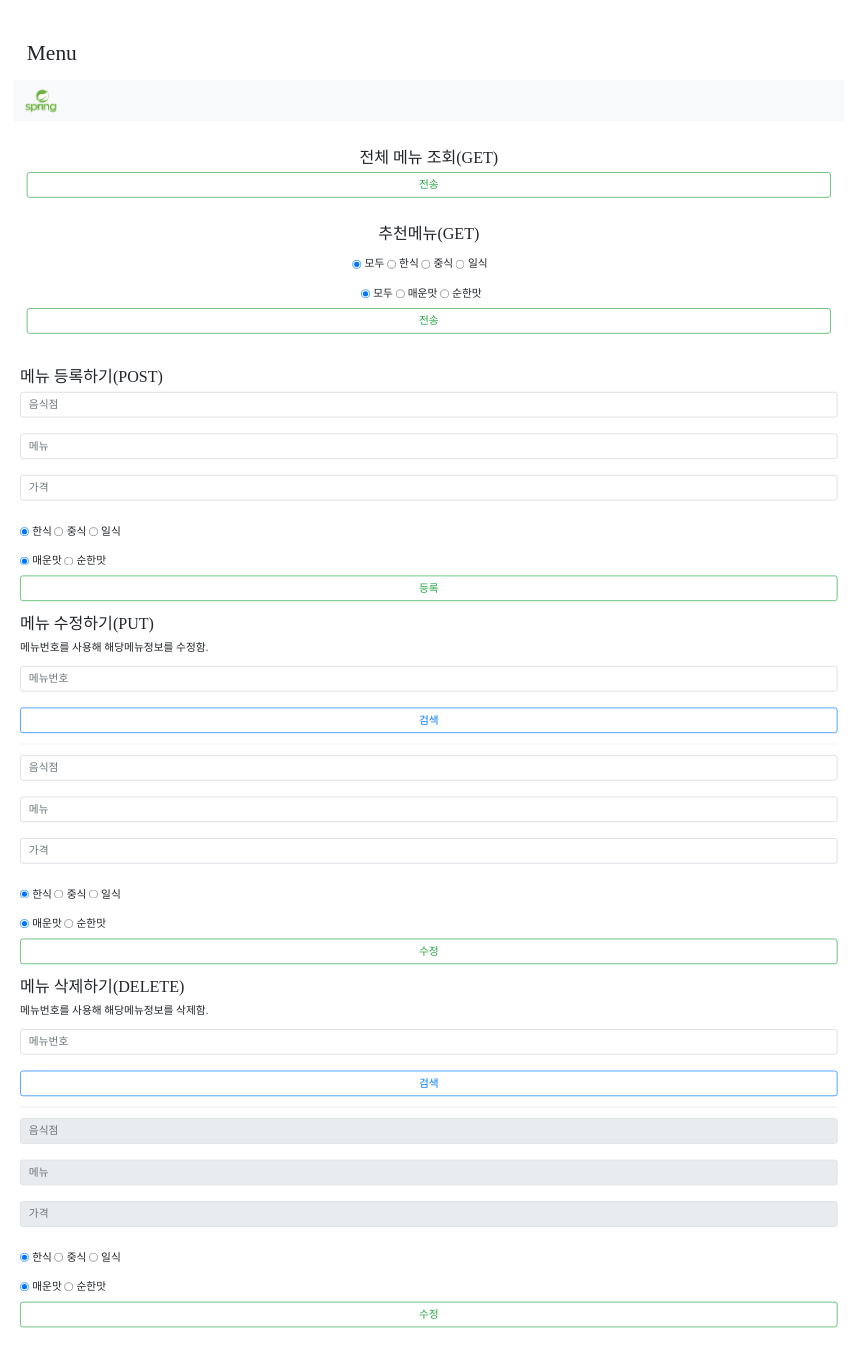
Repository: Push-Pull-House/DOT
Page: http://localhost/DOT/
An editor plug-in stored every save of this project. The page is shown before and after the next save, followed by the edit.
The browser window is 1280 px wide. The pictures show the whole page, at 67% of full size.
The page is served by Tomcat 9. Other server files are loaded and not shown.

Above is the page before, as saved 2023-08-18 05:26:53.

### DOT/src/main/webapp/index.jsp
<%@ page language="java" contentType="text/html; charset=UTF-8"
    pageEncoding="UTF-8"%>
<%@ taglib prefix="c" uri="http://java.sun.com/jsp/jstl/core"%>
<%@ taglib prefix="fmt" uri="http://java.sun.com/jsp/jstl/fmt"%>
<%@ taglib prefix="fn" uri="http://java.sun.com/jsp/jstl/functions"%>
<c:set var="contextPath" value="${pageContext.request.contextPath }"/>
<!DOCTYPE html>
<html>
<head>
<meta charset="UTF-8">
<title>Insert title here</title>
<script src="http://code.jquery.com/jquery-latest.min.js"></script>
<!-- bootstrap js: jquery load 이후에 작성할것.-->
<script src="https://cdnjs.cloudflare.com/ajax/libs/popper.js/1.14.3/umd/popper.min.js" integrity="sha384-ZMP7rVo3mIykV+2+9J3UJ46jBk0WLaUAdn689aCwoqbBJiSnjAK/l8WvCWPIPm49" crossorigin="anonymous"></script>
<script src="https://stackpath.bootstrapcdn.com/bootstrap/4.1.3/js/bootstrap.min.js" integrity="sha384-ChfqqxuZUCnJSK3+MXmPNIyE6ZbWh2IMqE241rYiqJxyMiZ6OW/JmZQ5stwEULTy" crossorigin="anonymous"></script>
<!-- bootstrap css -->
<link rel="stylesheet" href="https://stackpath.bootstrapcdn.com/bootstrap/4.1.0/css/bootstrap.min.css" integrity="sha384-9gVQ4dYFwwWSjIDZnLEWnxCjeSWFphJiwGPXr1jddIhOegiu1FwO5qRGvFXOdJZ4" crossorigin="anonymous">
<link rel="stylesheet" href="${pageContext.request.contextPath}/resources/css/style.css"/>
</head>
<body>
<div id="container">
	<header>
		<div id="header-container">
			<h2>Menu</h2>
		</div>
		<nav class="navbar navbar-expand-lg navbar-light bg-light">
			<a class="navbar-brand" href="#">
	            <img src="${pageContext.request.contextPath }/resources/images/logo-spring.png" alt="스프링로고" width="50px" />
         	</a>
           	<!-- 반응형으로 width 줄어들경우, collapse버튼관련 -->
         	<button class="navbar-toggler" type="button" data-toggle="collapse" data-target="#navbarNav" aria-controls="navbarNav" aria-expanded="false" aria-label="Toggle navigation">
           		<span class="navbar-toggler-icon"></span>
           	</button>
         	<div class="collapse navbar-collapse" id="navbarNav">
          	</div>
		</nav>
	</header>
	<!-- 전체메뉴 조회 -->
	<section id="content">
		<div id="menu-container" class="text-center">
			<div class="menu-test">
				<h4>전체 메뉴 조회(GET)</h4>
				<input type="button" class="btn btn-block btn-outline-success btn-send" id="btn-menus" value="전송"/>
			</div>
			<div class="result" id="menus-result">

			</div>
			 <!-- 2. GET /menus/kr  /menus/ch  /menus/jp -->
	         <div class="menu-test">
	            <h4>추천메뉴(GET)</h4>
	            <form id="menuRecommendationFrm">
	               <div class="form-check form-check-inline">
	                  <input type="radio" class="form-check-input" name="type" id="get-no-type" value="all" checked>
	                  <label for="get-no-type" class="form-check-label">모두</label>&nbsp;
	                  <input type="radio" class="form-check-input" name="type" id="get-kr" value="kr">
	                  <label for="get-kr" class="form-check-label">한식</label>&nbsp;
	                  <input type="radio" class="form-check-input" name="type" id="get-ch" value="ch">
	                  <label for="get-ch" class="form-check-label">중식</label>&nbsp;
	                  <input type="radio" class="form-check-input" name="type" id="get-jp" value="jp">
	                  <label for="get-jp" class="form-check-label">일식</label>&nbsp;
	               </div>
			        <script>
						function displayResultTable(id, data){
							const container = $('#'+id);

							let html = "<table class='table'>";
								html += "<tr><th>번호</th><th>음식점</th><th>메뉴</th><th>가격</th><th>타입</th><th>맛</th></tr>";

							if(data.length > 0) {
								$(data).each( (index, menu) => {
									const {id , restaurant, name, price, type, taste} = menu;
									html += `<tr>
												<td>\${id}</td>
												<td>\${restaurant}</td>
												<td>\${name}</td>
												<td>\${price}</td>
												<td>\${type}</td>
												<td><span class="badge badge-\${taste == 'hot' ? 'danger' : 'warning'}">\${taste}</span></td>
											</tr>`;
								})
							} else {
								html += "<tr><td colspan='6'>겁색된 결과가 없습니다</td></tr>";
							}

							html += "</table>";
							container.html(html);
						}

						$("#btn-menus").click(()=>{
							$.ajax({
								url : "${contextPath}/menus",
								method : "GET",
								success : (data) => {
									displayResultTable( "menus-result", data );
								}
							})
						})
					</script>
	               <br />
	               <div class="form-check form-check-inline">
	                  <input type="radio" class="form-check-input" name="taste" id="get-no-taste" value="all" checked>
	                  <label for="get-no-taste" class="form-check-label">모두</label>&nbsp;
	                  <input type="radio" class="form-check-input" name="taste" id="get-hot" value="hot">
	                  <label for="get-hot" class="form-check-label">매운맛</label>&nbsp;
	                  <input type="radio" class="form-check-input" name="taste" id="get-mild" value="mild">
	                  <label for="get-mild" class="form-check-label">순한맛</label>
	               </div>
	               <br />
	               <input type="submit" class="btn btn-block btn-outline-success btn-send" value="전송" >
	            </form>
	         </div>
	         <div class="result" id="menuRecommendation-result"></div>
			 <script>
			 	$("#menuRecommendationFrm").submit( e => {
			 		// 폼 제출 기능 방지
			 		e.preventDefault();

			 		const frm = $(e.target);
			 		const type = frm.find("[name=type]:checked").val();
			 		const taste = frm.find("[name=taste]:checked").val();

			 		$.ajax({
			 			url : `${contextPath}/menus/\${type}/\${taste}`,
			 			success(data){
			 				displayResultTable("menuRecommendation-result",data);
			 			}
			 		})
			 	});
			 </script>
		</div>
		<!-- 2.POST /menu -->
         <div class="menu-test">
            <h4>메뉴 등록하기(POST)</h4>
            <form id="menuEnrollFrm">
               <input type="text" name="restaurant" placeholder="음식점" class="form-control" />
               <br />
               <input type="text" name="name" placeholder="메뉴" class="form-control" />
               <br />
               <input type="number" name="price" placeholder="가격" class="form-control" />
               <br />
               <div class="form-check form-check-inline">
                  <input type="radio" class="form-check-input" name="type" id="post-kr" value="kr" checked>
                  <label for="post-kr" class="form-check-label">한식</label>&nbsp;
                  <input type="radio" class="form-check-input" name="type" id="post-ch" value="ch">
                  <label for="post-ch" class="form-check-label">중식</label>&nbsp;
                  <input type="radio" class="form-check-input" name="type" id="post-jp" value="jp">
                  <label for="post-jp" class="form-check-label">일식</label>&nbsp;
               </div>
               <br />
               <div class="form-check form-check-inline">
                  <input type="radio" class="form-check-input" name="taste" id="post-hot" value="hot" checked>
                  <label for="post-hot" class="form-check-label">매운맛</label>&nbsp;
                  <input type="radio" class="form-check-input" name="taste" id="post-mild" value="mild">
                  <label for="post-mild" class="form-check-label">순한맛</label>
               </div>
               <br />
               <input type="submit" class="btn btn-block btn-outline-success btn-send" value="등록" >
            </form>
         </div>
         <script>
	         $("#menuEnrollFrm").submit( e => {
			 		e.preventDefault();
					const frm = $(e.target);
					const restaurant = frm.find("[name=restaurant]").val();
					const name = frm.find("[name=name]").val();
					const price = frm.find("[name=price]").val();
					const type = frm.find("[name=type]").val();
					const taste = frm.find("[name=taste]").val();

					const menu = {
							restaurant,
							name,
							price,
							type,
							taste
					};

			 		$.ajax({
			 			url : '${contextPath}/menu',
			 			data : JSON.stringify(menu),
			 			contentType : "application/Json; charset=UTF-8",
			 			method : "post",
			 			success(data){
							const {msg} = data;
							alert(msg);
			 			},
			 			error : console.log ,
			 			complete(){
			 				e.target.reset(); // 폼내부의 모든 인풋태그 초기화
			 			}
			 		})
			 	});
         </script>

         <!-- #3.PUT /menu/123 -->
         <div class="menu-test">
            <h4>메뉴 수정하기(PUT)</h4>
            <p>메뉴번호를 사용해 해당메뉴정보를 수정함.</p>
            <form id="menuSearchFrm">
               <input type="text" name="id" placeholder="메뉴번호" class="form-control" /><br />
               <input type="submit" class="btn btn-block btn-outline-primary btn-send" value="검색" >
            </form>
            <hr />
            <form id="menuUpdateFrm">
               <input type="hidden" name="id" />
               <input type="text" name="restaurant" placeholder="음식점" class="form-control" />
               <br />
               <input type="text" name="name" placeholder="메뉴" class="form-control" />
               <br />
               <input type="number" name="price" placeholder="가격" step="1000" class="form-control" />
               <br />
               <div class="form-check form-check-inline">
                  <input type="radio" class="form-check-input" name="type" id="put-kr" value="kr" checked>
                  <label for="put-kr" class="form-check-label">한식</label>&nbsp;
                  <input type="radio" class="form-check-input" name="type" id="put-ch" value="ch">
                  <label for="put-ch" class="form-check-label">중식</label>&nbsp;
                  <input type="radio" class="form-check-input" name="type" id="put-jp" value="jp">
                  <label for="put-jp" class="form-check-label">일식</label>&nbsp;
               </div>
               <br />
               <div class="form-check form-check-inline">
                  <input type="radio" class="form-check-input" name="taste" id="put-hot" value="hot" checked>
                  <label for="put-hot" class="form-check-label">매운맛</label>&nbsp;
                  <input type="radio" class="form-check-input" name="taste" id="put-mild" value="mild">
                  <label for="put-mild" class="form-check-label">순한맛</label>
               </div>
               <br />
               <input type="submit" class="btn btn-block btn-outline-success btn-send" value="수정" >
            </form>
         </div>
         <script>
	    	  $("#menuSearchFrm").submit( e => {
					e.preventDefault();
					//const id = $(e.target).find("[name=id]").val();
					const id = $("[name=id]",e.target).val(); // e.target 하위의 요소
					if(!id){
						return;
					}else{
						$.ajax({
							url:`${contextPath}/menu/\${id}`,
							method:"GET",
							success(data){
								if(data){
									const frm = $("#menuUpdateFrm");
									const {id, restaurant, name, price, type, taste} = data;
									frm.find("[name=id]").val(id);
									frm.find("[name=restaurant]").val(restaurant);
									frm.find("[name=name]").val(name);
									frm.find("[name=price]").val(price);
									frm.find(`[name=type][value=\${type}]`).prop("checked",true);
									frm.find(`[name=taste][value=\${taste}]`).prop("checked",true);
								}else{
									alert("해당 메뉴가 존재하지 않습니다.");
									$("[name=id]",e.target).select();
								}
							},
							error(xhr, statusText, err){
								const {status} = xhr;
								status == 404 && alert("해당메뉴가 존재하지 않습니다.");
								$("[name=id]",e.target).select();
							}
						})
					}
			  }); // 검색

			  $("#menuUpdateFrm").submit( e=>{
				 e.preventDefault();
				 const frm = $(e.target);

				 // formData활용해서 객체 만들기
				 const frmData = new FormData(e.target);
				 const menu = {};

				 frmData.forEach((value,key) => {
					menu[key] = value;
				 });

				 $.ajax({
					 url : `${contextPath}/menu/\${menu.id}`,
					 method : "PUT",
					 data : JSON.stringify(menu),
					 contentType : "application/Json; charset=UTF-8",
					 success(data){
						 console.log(data);
						 const {msg} = data;
						 alert(msg);
					 },
					 error : console.log,
					 complete() {
						$("#menuUpdateFrm")[0].reset();
						$("#menuSearchFrm")[0].reset();
					 }
				 });
			  });
         </script>
         <!-- #4.Delete /menu/123 -->
         <div class="menu-test">
            <h4>메뉴 삭제하기(DELETE)</h4>
            <p>메뉴번호를 사용해 해당메뉴정보를 삭제함.</p>
            <form id="menuSearchFrm2">
               <input type="text" name="id" placeholder="메뉴번호" class="form-control" /><br />
               <input type="submit" class="btn btn-block btn-outline-primary btn-send" value="검색" >
            </form>
            <hr />
            <form id="menuDeleteFrm">
               <input type="hidden" name="id" />
               <input type="text" name="restaurant" placeholder="음식점" class="form-control" readonly/>
               <br />
               <input type="text" name="name" placeholder="메뉴" class="form-control" readonly/>
               <br />
               <input type="number" name="price" placeholder="가격" step="1000" class="form-control" readonly/>
               <br />
               <div class="form-check form-check-inline" readonly>
                  <input type="radio" class="form-check-input" name="type" id="put-kr" value="kr" checked>
                  <label for="put-kr" class="form-check-label">한식</label>&nbsp;
                  <input type="radio" class="form-check-input" name="type" id="put-ch" value="ch">
                  <label for="put-ch" class="form-check-label">중식</label>&nbsp;
                  <input type="radio" class="form-check-input" name="type" id="put-jp" value="jp">
                  <label for="put-jp" class="form-check-label">일식</label>&nbsp;
               </div>
               <br />
               <div class="form-check form-check-inline">
                  <input type="radio" class="form-check-input" name="taste" id="put-hot" value="hot" checked>
                  <label for="put-hot" class="form-check-label">매운맛</label>&nbsp;
                  <input type="radio" class="form-check-input" name="taste" id="put-mild" value="mild">
                  <label for="put-mild" class="form-check-label">순한맛</label>
               </div>
               <br />
               <input type="submit" class="btn btn-block btn-outline-success btn-send" value="수정" >
            </form>
         </div>

	</section>
</div>
</body>
</html>

### DOT/src/main/webapp/resources/css/style.css
@charset "UTF-8";
body {font-family:"휴먼모음T";}
div, section, header, aside, footer {padding:10px;}

/********** 전체컨테이너 **********/
div#container   {}

/********** header **********/
header div#header-container {height:100px;}
header div#header-container h2    {margin:30px 10px 0px 10px;}


/********** content **********/
section#content      {min-height:600px;}


/********** footer **********/
footer   {background-color:#f8f9fa; background-clip:content-box; clear:both; height:95px; text-align:center;}
footer p    {margin-top:30px;}

After the next save:
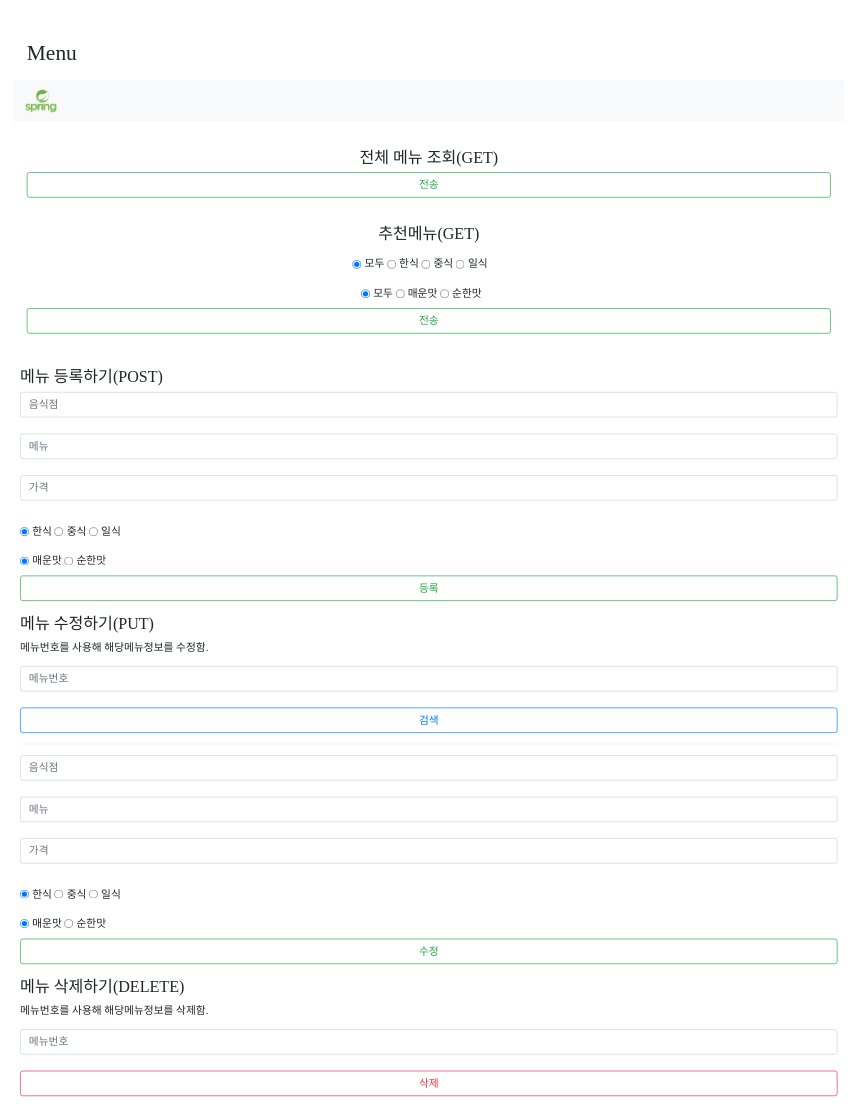
Saved 27 s later.
--- a/DOT/src/main/webapp/index.jsp
+++ b/DOT/src/main/webapp/index.jsp
@@ -293,42 +293,14 @@
 				 });
 			  });
          </script>
-         <!-- #4.Delete /menu/123 -->
          <div class="menu-test">
-            <h4>메뉴 삭제하기(DELETE)</h4>
-            <p>메뉴번호를 사용해 해당메뉴정보를 삭제함.</p>
-            <form id="menuSearchFrm2">
-               <input type="text" name="id" placeholder="메뉴번호" class="form-control" /><br />
-               <input type="submit" class="btn btn-block btn-outline-primary btn-send" value="검색" >
-            </form>
-            <hr />
-            <form id="menuDeleteFrm">
-               <input type="hidden" name="id" />
-               <input type="text" name="restaurant" placeholder="음식점" class="form-control" readonly/>
-               <br />
-               <input type="text" name="name" placeholder="메뉴" class="form-control" readonly/>
-               <br />
-               <input type="number" name="price" placeholder="가격" step="1000" class="form-control" readonly/>
-               <br />
-               <div class="form-check form-check-inline" readonly>
-                  <input type="radio" class="form-check-input" name="type" id="put-kr" value="kr" checked>
-                  <label for="put-kr" class="form-check-label">한식</label>&nbsp;
-                  <input type="radio" class="form-check-input" name="type" id="put-ch" value="ch">
-                  <label for="put-ch" class="form-check-label">중식</label>&nbsp;
-                  <input type="radio" class="form-check-input" name="type" id="put-jp" value="jp">
-                  <label for="put-jp" class="form-check-label">일식</label>&nbsp;
-               </div>
-               <br />
-               <div class="form-check form-check-inline">
-                  <input type="radio" class="form-check-input" name="taste" id="put-hot" value="hot" checked>
-                  <label for="put-hot" class="form-check-label">매운맛</label>&nbsp;
-                  <input type="radio" class="form-check-input" name="taste" id="put-mild" value="mild">
-                  <label for="put-mild" class="form-check-label">순한맛</label>
-               </div>
-               <br />
-               <input type="submit" class="btn btn-block btn-outline-success btn-send" value="수정" >
-            </form>
-         </div>
+             <h4>메뉴 삭제하기(DELETE)</h4>
+             <p>메뉴번호를 사용해 해당메뉴정보를 삭제함.</p>
+             <form id="menuDeleteFrm">
+                <input type="text" name="id" placeholder="메뉴번호" class="form-control" /><br />
+                <input type="submit" class="btn btn-block btn-outline-danger btn-send" value="삭제" >
+             </form>
+          </div>
 
 	</section>
 </div>
